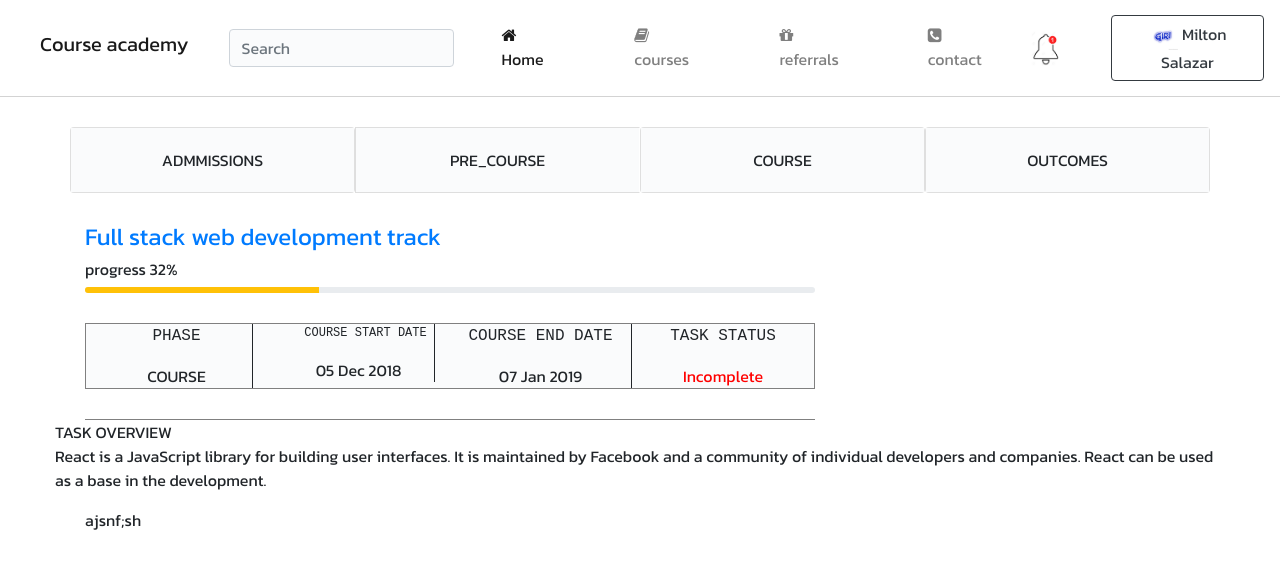
Repository: giribabu1997/html-layout
Page: task.html
The author's editor kept a copy of each file at every save. The page is drawn from the files as they stood at one save, then again after the next save.
The browser window is 1280 px wide. The pictures show the whole page.
Some web fonts or font styles are not loaded; a fallback is used.

Above is the page before, as saved 2019-06-25 21:13:36.

After the next save:
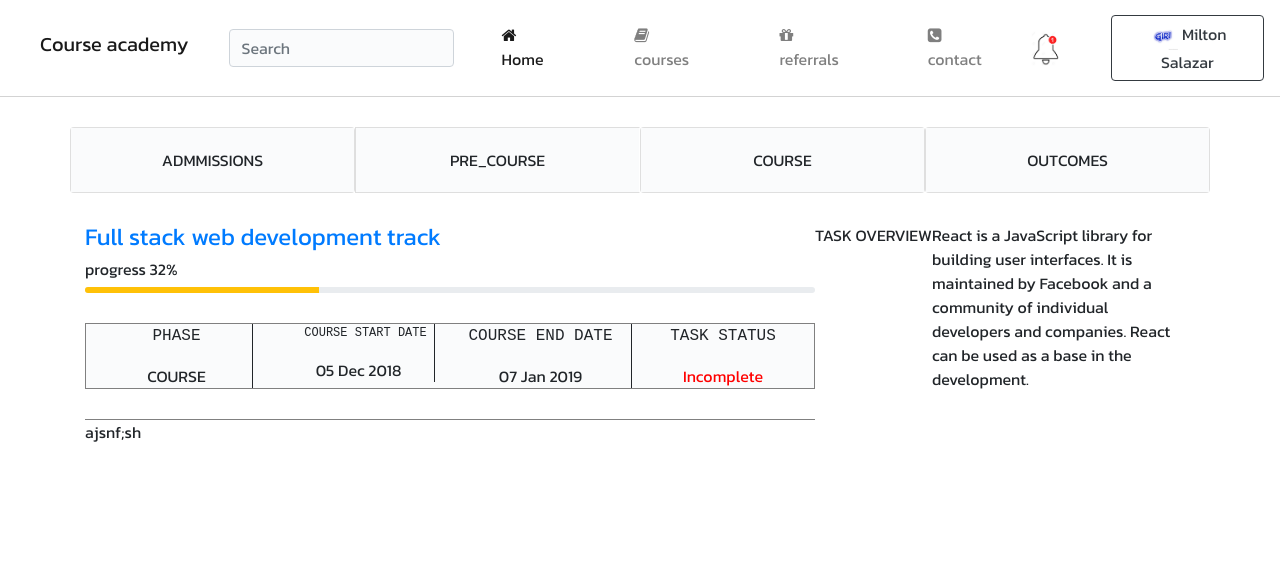
Saved 5 s later.
--- a/task.html
+++ b/task.html
@@ -145,7 +145,7 @@
             </div>
             <div class="row">
                 <h>TASK OVERVIEW</h>
-                <p style="width: ">React is a JavaScript library for building user interfaces. It is maintained by Facebook and a
+                <p style="width: 250px">React is a JavaScript library for building user interfaces. It is maintained by Facebook and a
                     community of individual developers and companies. React can be used as a base in the development.
                 </p>
             </div>

After the 2 saves that followed:
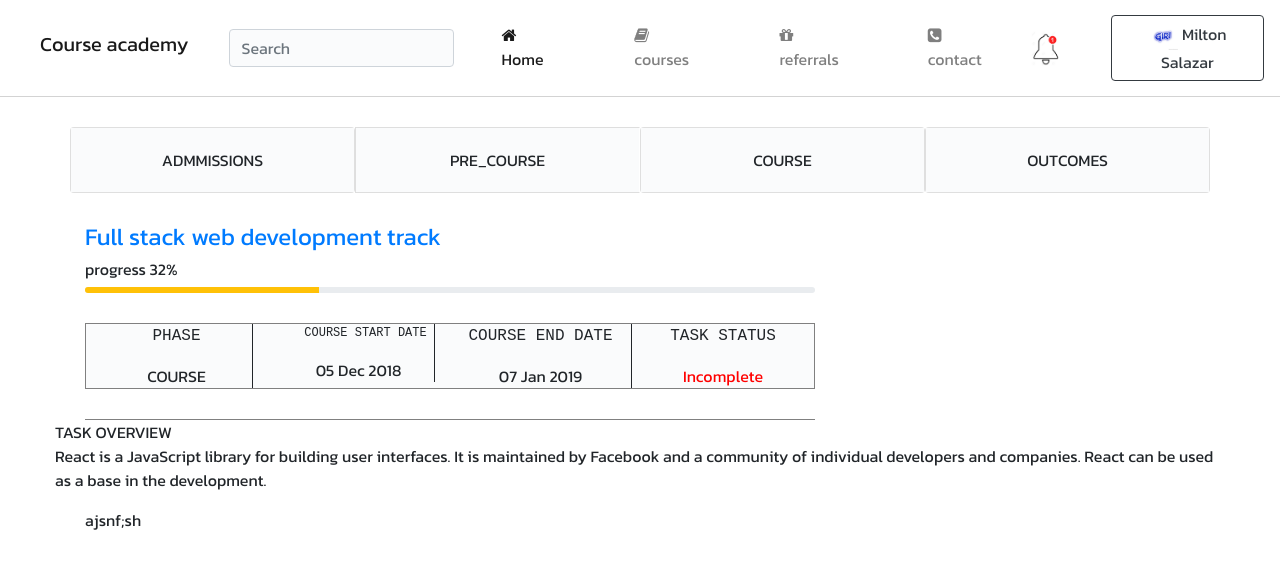
The 2 saves are shown as one change because they came seconds apart.
The last was saved 10 s later.
--- a/task.html
+++ b/task.html
@@ -145,7 +145,7 @@
             </div>
             <div class="row">
                 <h>TASK OVERVIEW</h>
-                <p style="width: 250px">React is a JavaScript library for building user interfaces. It is maintained by Facebook and a
+                <p style="width">React is a JavaScript library for building user interfaces. It is maintained by Facebook and a
                     community of individual developers and companies. React can be used as a base in the development.
                 </p>
             </div>
